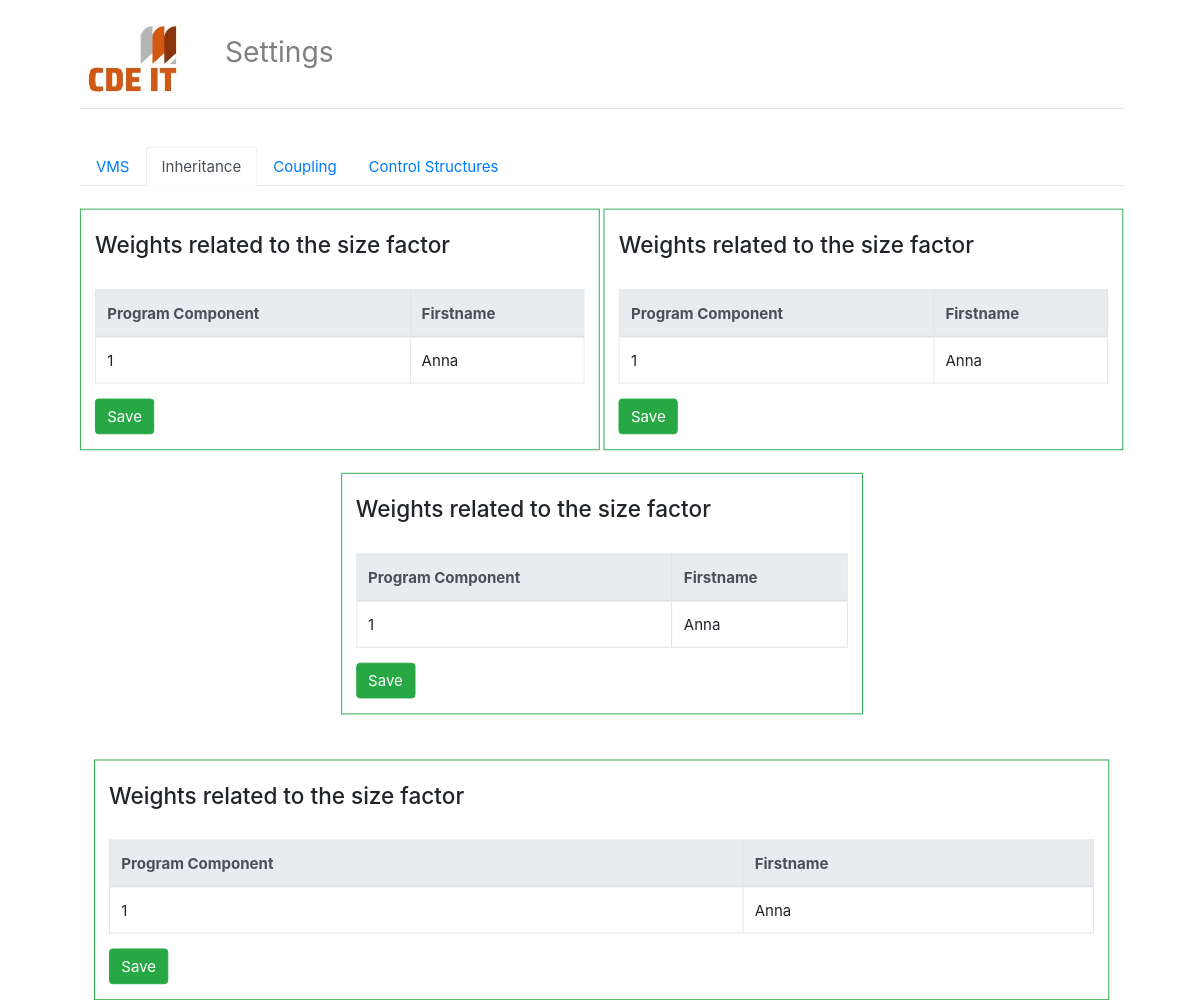
Repository: JudeAshan98/ITPM
Page: CDE_IT/WebContent/views/settings.html
These files come from the project's save history. The page is drawn as it stood at one moment and after the next save; the edit follows.
The browser window is 1280 px wide. The pictures show the whole page, at 94% of full size.

Above is the page before, as saved 2020-03-01 16:39:14.

After the next save:
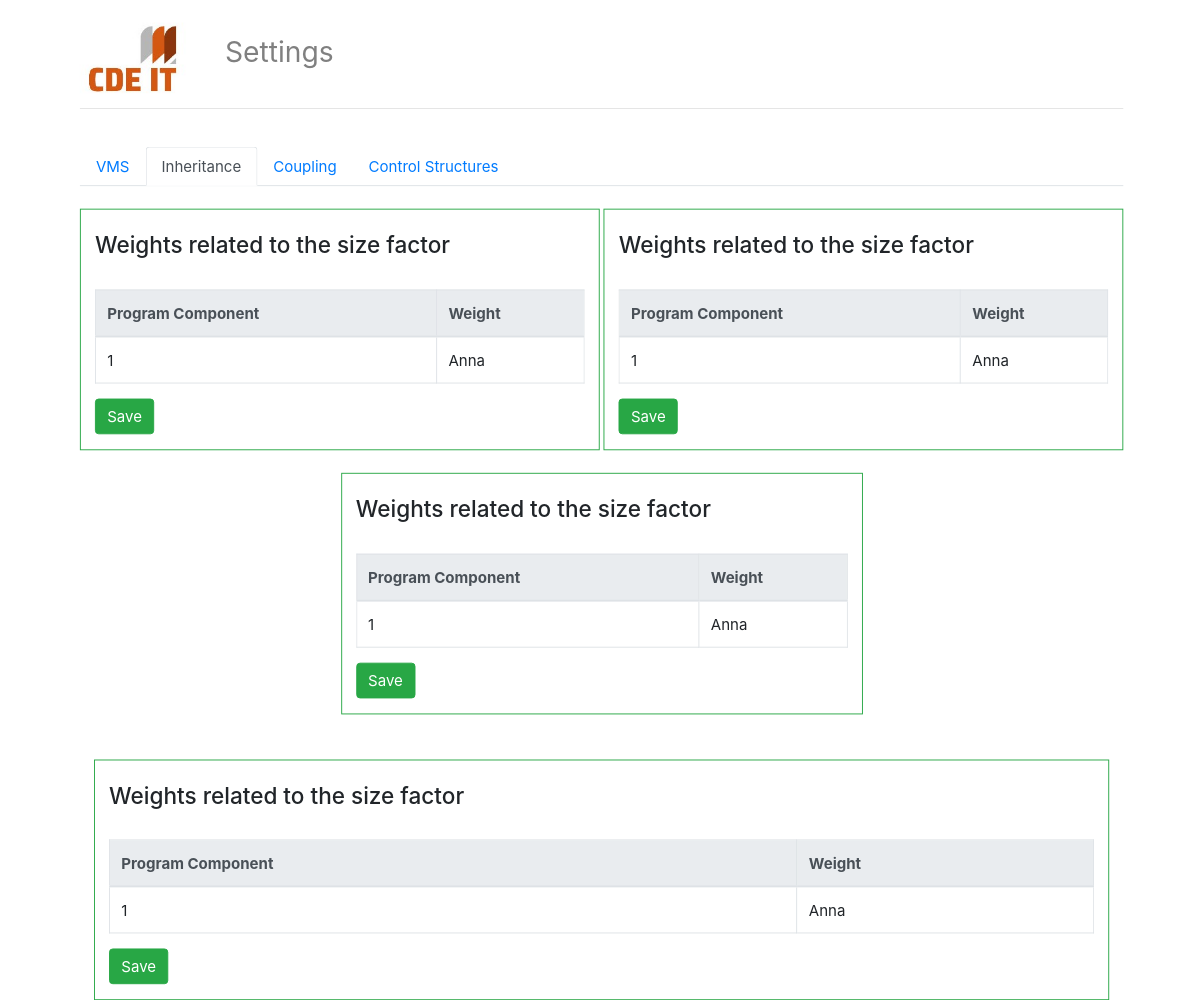
Saved 45 s later.
--- a/CDE_IT/WebContent/views/settings.html
+++ b/CDE_IT/WebContent/views/settings.html
@@ -51,7 +51,7 @@
 								<thead class="thead-light">
 									<tr>
 										<th>Program Component</th>
-										<th>Firstname</th>
+										<th>Weight</th>
 									</tr>
 								</thead>
 								<tbody>
@@ -74,7 +74,7 @@
 								<thead class="thead-light">
 									<tr>
 										<th>Program Component</th>
-										<th>Firstname</th>
+										<th>Weight</th>
 									</tr>
 								</thead>
 								<tbody>
@@ -100,7 +100,7 @@
 								<thead class="thead-light">
 									<tr>
 										<th>Program Component</th>
-										<th>Firstname</th>
+										<th>Weight</th>
 									</tr>
 								</thead>
 								<tbody>
@@ -128,7 +128,7 @@
 							<thead class="thead-light">
 								<tr>
 									<th>Program Component</th>
-									<th>Firstname</th>
+									<th>Weight</th>
 								</tr>
 							</thead>
 							<tbody>
@@ -154,7 +154,7 @@
 							<thead class="thead-light">
 								<tr>
 									<th>Program Component</th>
-									<th>Firstname</th>
+									<th>Weight</th>
 								</tr>
 							</thead>
 							<tbody>
@@ -180,7 +180,7 @@
 							<thead class="thead-light">
 								<tr>
 									<th>Program Component</th>
-									<th>Firstname</th>
+									<th>Weight</th>
 								</tr>
 							</thead>
 							<tbody>
